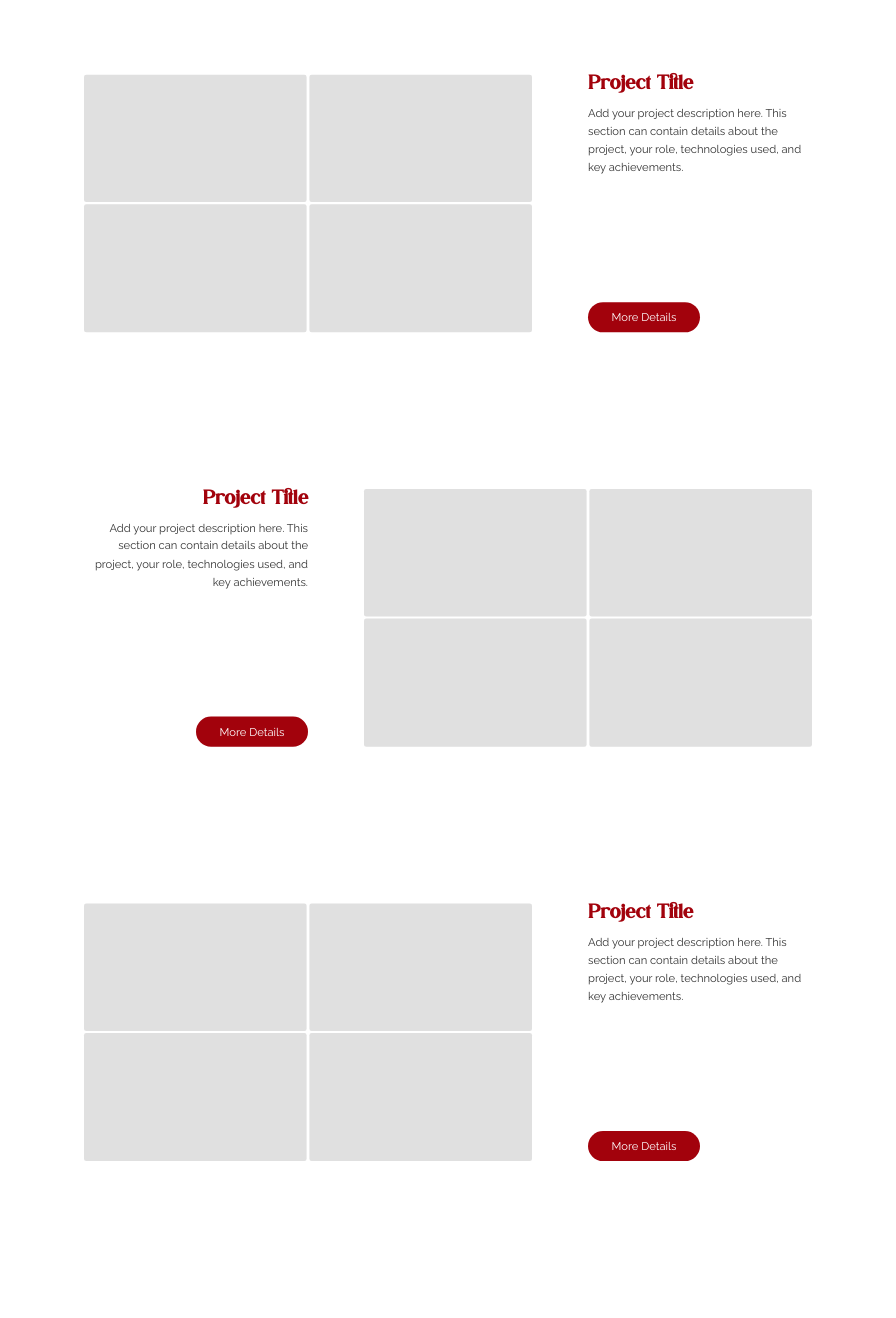
Repository: Micaelavalmores/Micaela-Portfolio
Page: /
The author's editor kept a copy of each file at every save. The page is drawn from the files as they stood at one save, then again after a run of saves.
The browser window is 1280 px wide. The pictures show the part of the page from y = 904 to 2824 px (the page is 2787 px tall before and 2824 px after), at 70% of full size.
The project was rebuilt for these pictures with package versions that can differ from the ones it lists, and the page was loaded fresh each time. The framework's server and built-in components were replaced by stand-ins that run in the browser. Also part of the build but not shown: next.config.mjs.

Above is the page before, as saved 2026-02-01 15:27:12.

### app/layout.js

import { Geist } from "next/font/google";
import { Raleway } from "next/font/google";
import "./globals.css";

const geistSans = Geist({
  variable: "--font-geist-sans",
  subsets: ["latin"],
});

const raleway = Raleway({
  variable: "--font-raleway",
  subsets: ["latin"],
});



export const metadata = {
  title: "Micaela Valmores",
  description: "Generated by create next app",
  icons: {
    icon: "/logos/micaela-logo.svg",
  },
};

export default function RootLayout({ children }) {
  return (
    <html lang="en">
      <body className={`${raleway.variable}`}>
        {children}
      </body>
    </html>
  );
}

### app/page.js
import Image from "next/image";
import styles from "./page.module.css";
import HomePage from "./home-page/page";

export default function Home() {
  return (
    <div className={styles.page}>
      <HomePage />
    </div>
  );
}

### app/globals.css
:root {
  --background: #ffffff;
  --foreground: #171717;
  --font-ghaista: 'Ghaista', var(--font-raleway);
}

@font-face {
  font-family: 'Ghaista';
  src: url('/fonts/Ghaitsa.ttf') format('truetype');
  font-weight: 400;
  font-style: normal;
  font-display: swap;
}

@media (prefers-color-scheme: dark) {
  :root {
    --background: #0a0a0a;
    --foreground: #ffffff;
  }
}

html,
body {
  max-width: 100vw;
  overflow-x: hidden;
}

body {
  color: var(--foreground);
  background: var(--background);
  font-family: var(--font-raleway);
  -webkit-font-smoothing: antialiased;
  -moz-osx-font-smoothing: grayscale;
}

* {
  box-sizing: border-box;
  padding: 0;
  margin: 0;
}

a {
  color: inherit;
  text-decoration: none;
}

@media (prefers-color-scheme: dark) {
  html {
    color-scheme: dark;
  }
}

/* Horizontal page margins */
body {
  margin-left: 10rem;
  margin-right: 10rem;
}

/* Tablet: screens between iPhone and iPad */
@media (min-width: 430px) and (max-width: 1024px) {
  body {
    margin-left: 4rem;
    margin-right: 4rem;
  }
}

/* iPad Pro 13in — reduce margins to 7rem */
@media (min-width: 1024px) and (max-width: 1366px) {
  body {
    margin-left: 7rem;
    margin-right: 7rem;
  }
}

/* Mobile horizontal margins: any width smaller than 430px */
@media (max-width: 430px) {
  body {
    margin-left: 3rem;
    margin-right: 3rem;
  }
}

### app/page.module.css
.page {
  --background: #ffffff;
  --foreground: #fff;

  --text-primary: #000;
  --text-secondary: #666;



  display: grid;
  grid-template-columns: 1fr;
  min-height: 100vh;
  font-family: var(--font-geist-sans);
  background-color: var(--background);
}

.Proj-sec {
  display: flex;
  flex-direction: column;
  align-items: center;
  gap: 2rem;
  padding: 2rem 0;
  background-color: #ffff;
  margin: 6rem 0;
  font-family: ghaista;
  color: #A2020C;
}

.intro-sec {
  display: flex;
  flex-direction: column;
  align-items: center;
  gap: 2rem;
  padding: 2rem 0;
  background-color: #ffff;
  margin: 7rem 0 0;
  text-align: center;
}

.intro-sec h1 {
  font-size: 7rem;
  font-weight: normal;
  margin: 0;
  font-family: ghaista;
  color: #A2020C;
}

.intro-greet {
  font-size: 2.5rem;
  font-weight: 400;
  color: #A2020C;
  font-family: raleway;
}

.intro-sec p {
  font-size: 1.5rem;
  max-width: 900px;
  line-height: 1.6;
  color: #333;
  font-family: raleway;
}

.intro-occu {
  padding-top: 2rem;
  font-size: 2.5rem;
  font-weight: 400;
  font-style: italic;
  color: #A2020C;
  font-family: raleway;
}

.main {
  display: flex;
  min-height: 100vh;
  width: 100%;
  max-width: 800px;
  flex-direction: column;
  align-items: flex-start;
  justify-content: space-between;
  background-color: var(--foreground);
  padding: 120px 60px;
}

.intro {
  display: flex;
  flex-direction: column;
  align-items: flex-start;
  text-align: left;
  gap: 24px;
}

.intro h1 {
  max-width: 320px;
  font-size: 40px;
  line-height: 48px;
  letter-spacing: -2.4px;
  text-wrap: balance;
  color: var(--text-primary);
}

.intro p {
  max-width: 440px;
  font-size: 18px;
  line-height: 32px;
  text-wrap: balance;
  color: var(--text-secondary);
}

.intro a {
  font-weight: 500;
  color: var(--text-primary);
}

.ctas {
  display: flex;
  flex-direction: row;
  width: 100%;
  max-width: 440px;
  gap: 16px;
  font-size: 14px;
}

.ctas a {
  display: flex;
  justify-content: center;
  align-items: center;
  height: 40px;
  padding: 0 16px;
  border-radius: 128px;
  border: 1px solid transparent;
  transition: 0.2s;
  cursor: pointer;
  width: fit-content;
  font-weight: 500;
}

a.primary {
  background: var(--text-primary);
  color: var(--background);
  gap: 8px;
}

a.secondary {
  border-color: var(--button-secondary-border);
}

/* Enable hover only on non-touch devices */
@media (hover: hover) and (pointer: fine) {
  a.primary:hover {
    background: var(--button-primary-hover);
    border-color: transparent;
  }

  a.secondary:hover {
    background: var(--button-secondary-hover);
    border-color: transparent;
  }
}

@media (max-width: 600px) {
  .main {
    padding: 48px 24px;
  }

  .intro {
    gap: 16px;
  }

  .intro h1 {
    font-size: 32px;
    line-height: 40px;
    letter-spacing: -1.92px;
  }
}

@media (prefers-color-scheme: dark) {
  .logo {
    filter: invert();
  }

  .page {
    --background: #000;
    --foreground: #000;

    --text-primary: #ededed;
    --text-secondary: #999;

    --button-primary-hover: #ccc;
    --button-secondary-hover: #1a1a1a;
    --button-secondary-border: #1a1a1a;
  }
}

### app/home-page/page.js
import Link from 'next/link'
import styles from '../page.module.css'
import FtProj from '../components/FtProj'
import Navbar from '../components/Navbar'

export default function HomePage() {
  return (
    <main className={styles.page}>
      <nav className='Nav-bar'>
        </nav>
      <Navbar />
      <div className={styles['intro-sec']}>
        <span className={styles['intro-greet']}>Hi, I am a UX UI Designer</span>
        <h1>MICAELA VALMORES</h1>
        <p>I turn complex problems into simple, accessible, and user-centred solutions that balance usability and aesthetics.</p>
      </div>
      <div className={styles['Proj-sec']}>
        <h1>FEATURED PROJECTS</h1>
        <FtProj reversed={false}/>
        <FtProj reversed={true} />
        <FtProj reversed={false}/>
      </div>
      <div className={styles['Plat-sec']}>

      </div>
    </main>
  )
}

### app/components/FtProj.js
'use client';

import styles from './FtProj.module.css';

/*
  HOW TO USE:
  The FtProj component has two layout states controlled by the reversed prop:
  1. Default (reversed={false}): Images on left, text on right (left-justified)
  2. Reversed (reversed={true}): Text on left (right-justified), images on right

  Layout changes can only be controlled in the backend by passing the reversed prop.
  Users cannot change the layout.

  Usage examples:
  <FtProj /> - Standard layout
  <FtProj reversed={true} /> - Reversed layout
*/

export default function FtProj({ reversed = false }) {
  return (
    <div className={`${styles.container} ${reversed ? styles.reversed : ''}`}>
      {/* Left Column - Text (if reversed) / Images (if standard) */}
      {!reversed ? (
        // Standard: Images on left
        <div className={styles.imagesColumn}>
          <div className={styles.imagePlaceholder}></div>
          <div className={styles.imagePlaceholder}></div>
          <div className={styles.imagePlaceholder}></div>
          <div className={styles.imagePlaceholder}></div>
        </div>
      ) : (
        // Reversed: Text on left
        <div className={styles.textColumn}>
          <div className={styles.textContent}>
            <h2>Project Title</h2>
            <p>Add your project description here. This section can contain details about the project, your role, technologies used, and key achievements.</p>
          </div>
          <button className={styles.projectButton}>More Details</button>
        </div>
      )}

      {/* Right Column - Text (if standard) / Images (if reversed) */}
      {!reversed ? (
        // Standard: Text on right
        <div className={styles.textColumn}>
          <div className={styles.textContent}>
            <h2>Project Title</h2>
            <p>Add your project description here. This section can contain details about the project, your role, technologies used, and key achievements.</p>
          </div>
          <button className={styles.projectButton}>More Details</button>
        </div>
      ) : (
        // Reversed: Images on right
        <div className={styles.imagesColumn}>
          <div className={styles.imagePlaceholder}></div>
          <div className={styles.imagePlaceholder}></div>
          <div className={styles.imagePlaceholder}></div>
          <div className={styles.imagePlaceholder}></div>
        </div>
      )}
    </div>
  );
}

### app/components/Navbar.js
import Link from "next/link";
import Image from "next/image";
import styles from "./Navbar.module.css";

export default function Navbar() {
  return (
    <nav className={styles.navbar}>
      <Link href="/" className={styles.logoContainer}>
        <Image
          src="/logos/logo-name.svg"
          alt="Micaela Valmores"
            width={70}
          height={80}
          priority
        />
      </Link>

      <ul className={styles.navLinks}>
        <li>
          <Link href="/">Home</Link>
        </li>
        <li>
          <Link href="/projects-page">Projects</Link>
        </li>
        <li>
          <Link href="/contact">Contact</Link>
        </li>
      </ul>
    </nav>
  );
}

### app/components/FtProj.module.css
.container {
  width: 65rem;
  height: 25rem;
  display: grid;
  grid-template-columns: 1fr 1fr;
  gap: 5rem;
  padding: 1rem 0;
  margin: 5rem 0;
}

.container.reversed {
  grid-template-columns: 1fr 1fr;
}

.reversed .textContent {
  text-align: right;
}

.reversed .textColumn {
  text-align: right;
}

.reversed .projectButton {
  justify-self: end;
}

.imagesColumn {
  display: grid;
  grid-template-columns: 1fr 1fr;
  gap: 0.2rem;
  width: 40rem;
}

.imagePlaceholder {
  width: 100%;
  height: 100%;
  background-color: #e0e0e0;
  border-radius: 0.2rem;
}

.textColumn {
  display: grid;
  grid-template-rows: 1fr auto;
  gap: 2rem;
}

.textContent {
  display: flex;
  flex-direction: column;
}

.textColumn h2 {
  margin: 0 0 1rem 0;
  font-size: 1.75rem;
  font-family: ghaista;
}

.textColumn p {
  margin: 0;
  line-height: 1.6;
  color: #333;
  font-size: 1rem;
  font-family: raleway;
}

.projectButton {
  align-self: start;
  width: 10rem;
  padding: 0.75rem 1.5rem;
  background-color: #A2020C;
  color: #fff;
  border: none;
  border-radius: 5rem;
  font-size: 1rem;
  cursor: pointer;
  font-family: raleway;
}

.projectButton:hover {
  background-color: #b62d36;
}

### app/components/Navbar.module.css
.navbar {
  display: flex;
  justify-content: space-between;
  width: 100%;
  align-items: center;
  padding: 2rem 2rem;
  background-color: #ffffff;
  position: sticky;
  top: 0;
  z-index: 1000;
}

.logoContainer {
  display: flex;
  justify-self: start;
}

.logoContainer:hover {
  opacity: 0.8;
}

.navLinks {
  display: flex;
  gap: 2rem;
  list-style: none;
  margin: 0;
  padding: 0;
  align-items: center;
}

.navLinks li {
  margin: 0;
}

.navLinks a {
  text-decoration: none;
  color: #A2020C;
  font-size: 1.25rem;
  font-weight: 500;
  transition: color 0.3s ease;
  position: relative;
  border: solid 1px #A2020C;
  border-radius: 3rem;
  padding: 0.50rem 1.75rem;
  font-family: ghaista;
}

.navLinks a:hover {
  color: #0070f3;
}



.navLinks a:hover::after {
  width: 100%;
}

/* Responsive design */
/* @media (max-width: 768px) {
  .navbar {
    padding: 1rem 1.5rem;
  }

  .navLinks {
    gap: 1.5rem;
  }

  .navLinks a {
    font-size: 0.9rem;
  }
} */

/* @media (max-width: 480px) {
  .navbar {
    padding: 0.75rem 1rem;
  }

  .navLinks {
    gap: 1rem;
  }

  .navLinks a {
    font-size: 0.85rem;
  }
} */

After the next 2 saves:
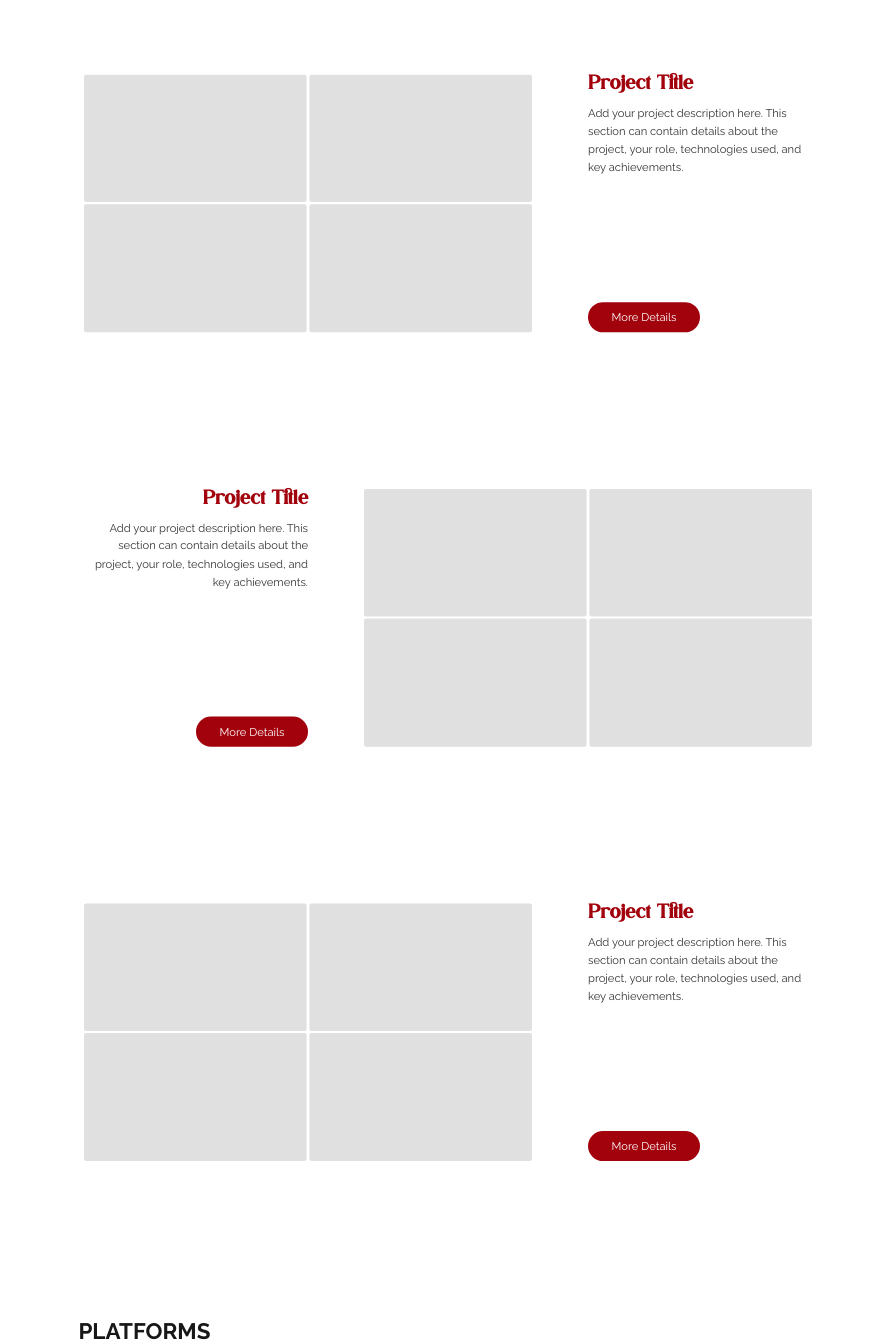
The 2 saves are shown as one change because they came seconds apart.
The last was saved 6 s later.
--- a/app/home-page/page.js
+++ b/app/home-page/page.js
@@ -21,7 +21,7 @@ export default function HomePage() {
         <FtProj reversed={false}/>
       </div>
       <div className={styles['Plat-sec']}>
-
+        <h1>PLATFORMS</h1>
       </div>
     </main>
   )
